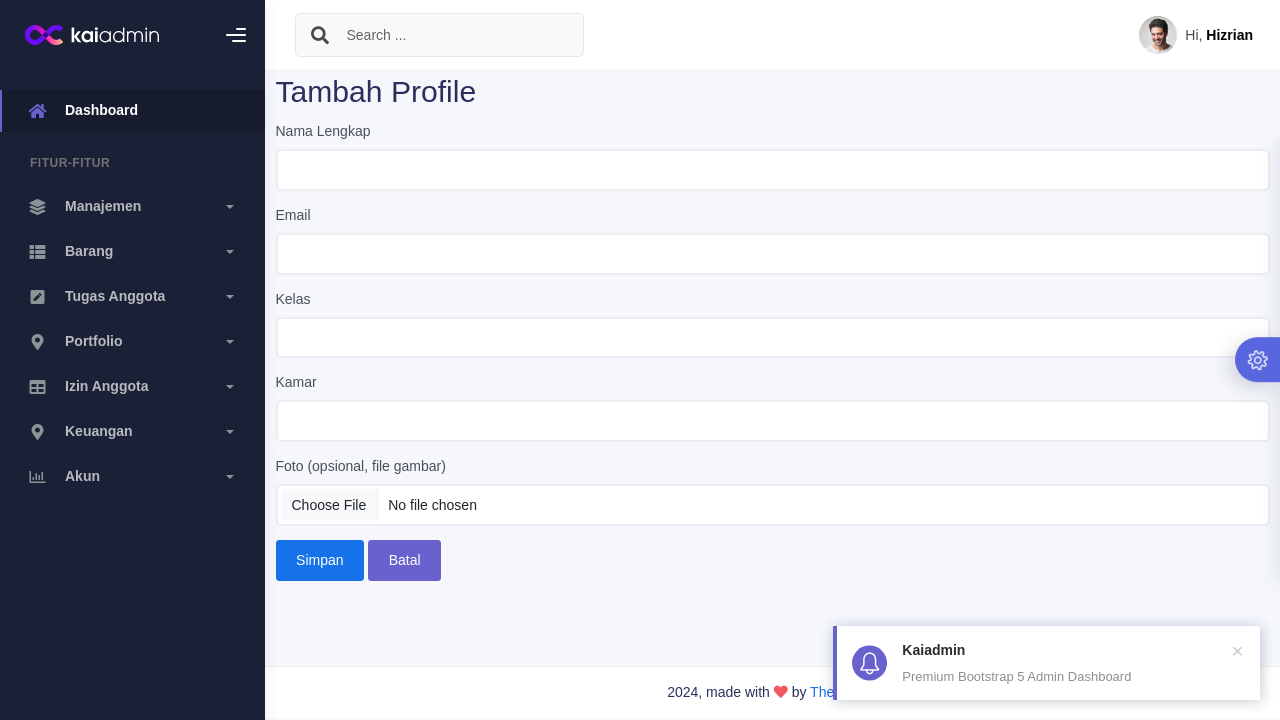
Repository: fatkquladhim/multimedia_laravel
Page: http://localhost/profile/create
The author's editor kept a copy of each file at every save. The page is drawn from the files as they stood at one save, then again after a run of saves.
The browser window is 1280 px wide. The pictures show the whole page.
Some web fonts or font styles are not loaded; a fallback is used. The page is served by the project's Laravel application, run on PHP 8.4 with Laravel 12. A made-up administrator, Test User (test@example.com), is signed in. Other server files are loaded and not shown.

Above is the page before, as saved 2025-08-17 09:39:31.
Console error: ReferenceError: jsVectorMap is not defined

### routes/web.php
<?php

use Illuminate\Support\Facades\Route;
use Illuminate\Support\Facades\Auth;

Route::get('/', function () {
    return view('welcome');
});

// Authentication Routes
Route::get('login', [App\Http\Controllers\AuthController::class, 'showLoginForm'])->name('login');
Route::post('login', [App\Http\Controllers\AuthController::class, 'login']);
Route::get('register', [App\Http\Controllers\AuthController::class, 'showRegisterForm'])->name('register');
Route::post('register', [App\Http\Controllers\AuthController::class, 'register']);
Route::post('logout', [App\Http\Controllers\AuthController::class, 'logout'])->name('logout');

Route::middleware(['auth'])->group(function () {
    Route::get('/dashboard', function () {
        $user = Auth::user();
        if ($user && $user->role === 'admin') {
            return redirect()->route('dashboard.admin');
        } else {
            return redirect()->route('dashboard.user');
        }
    })->name('dashboard');

    Route::get('/dashboard/admin', function () {
        return view('dashboard.admin');
    })->name('dashboard.admin');

    Route::get('/dashboard/user', function () {
        return view('dashboard.user');
    })->name('dashboard.user');

    Route::resource('alat', App\Http\Controllers\AlatController::class);
    Route::resource('anggota', App\Http\Controllers\AnggotaController::class);
    Route::resource('izin-malam', App\Http\Controllers\IzinMalamController::class);
    Route::resource('izin-nugas', App\Http\Controllers\IzinNugasController::class);
    Route::resource('keuangan', App\Http\Controllers\KeuanganController::class);
    Route::resource('legalisasi-laptop', App\Http\Controllers\LegalisasiLaptopController::class);
    Route::resource('peminjaman-barang', App\Http\Controllers\PeminjamanBarangController::class);
    Route::resource('penyewaan-barang', App\Http\Controllers\PenyewaanBarangController::class);
    Route::resource('profile', App\Http\Controllers\ProfileController::class);
    Route::resource('portfolio', App\Http\Controllers\PortfolioController::class);
    Route::resource('tugas', App\Http\Controllers\TugasController::class);
    Route::resource('tugas-jawaban', App\Http\Controllers\TugasJawabanController::class);
    Route::resource('users', App\Http\Controllers\UserController::class)->middleware('admin');
});

### app/Models/User.php
<?php

namespace App\Models;

// use Illuminate\Contracts\Auth\MustVerifyEmail;
use Illuminate\Database\Eloquent\Factories\HasFactory;
use Illuminate\Foundation\Auth\User as Authenticatable;
use Illuminate\Notifications\Notifiable;

class User extends Authenticatable
{
    /** @use HasFactory<\Database\Factories\UserFactory> */
    use HasFactory, Notifiable;

    /**
     * The attributes that are mass assignable.
     *
     * @var list<string>
     */
        protected $fillable = [
            'username', 'password', 'role', 'last_activity'
        ];

    /**
     * The attributes that should be hidden for serialization.
     *
     * @var list<string>
     */
        protected $hidden = [
            'password', 'remember_token',
        ];

    /**
     * Get the attributes that should be cast.
     *
     * @return array<string, string>
     */
    protected function casts(): array
    {
        return [
            'email_verified_at' => 'datetime',
            'password' => 'hashed',
        ];
    }
}

### app/Http/Controllers/ProfileController.php
<?php
namespace App\Http\Controllers;

use Illuminate\Http\Request;
use App\Models\Profile;

class ProfileController extends Controller
{
    public function index()
    {
        $profiles = Profile::all();
        return view('profile.index', compact('profiles'));
    }

    public function create()
    {
        return view('profile.create');
    }

    public function store(Request $request)
    {
        $request->validate([
            'id_anggota' => 'required',
        ]);
        Profile::create($request->all());
        return redirect()->route('profile.index')->with('success', 'Data profile berhasil ditambahkan.');
    }

    public function edit($id)
    {
        $profile = Profile::findOrFail($id);
        return view('profile.edit', compact('profile'));
    }

    public function update(Request $request, $id)
    {
        $profile = Profile::findOrFail($id);
        $profile->update($request->all());
        return redirect()->route('profile.index')->with('success', 'Data profile berhasil diupdate.');
    }

    public function destroy($id)
    {
        $profile = Profile::findOrFail($id);
        $profile->delete();
        return redirect()->route('profile.index')->with('success', 'Data profile berhasil dihapus.');
    }
}

### resources/views/profile/create.blade.php
@extends('layouts.master')
@section('content')
<div class="container">
    <h1>Tambah Profile</h1>
    <form action="{{ route('profile.store') }}" method="POST">
        @csrf
        <div class="mb-3">
            <label for="nama_lengkap" class="form-label">Nama Lengkap</label>
            <input type="text" name="nama_lengkap" class="form-control" required>
        </div>
        <div class="mb-3">
            <label for="email" class="form-label">Email</label>
            <input type="email" name="email" class="form-control" required>
        </div>
        <div class="mb-3">
            <label for="kelas" class="form-label">Kelas</label>
            <input type="text" name="kelas" class="form-control" required>
        </div>
        <div class="mb-3">
            <label for="kamar" class="form-label">Kamar</label>
            <input type="text" name="kamar" class="form-control" required>
        </div>
        <div class="mb-3">
            <label for="foto" class="form-label">Foto (opsional, file gambar)</label>
            <input type="file" name="foto" class="form-control" accept="image/*">
        </div>
        <button type="submit" class="btn btn-primary">Simpan</button>
        <a href="{{ route('profile.index') }}" class="btn btn-secondary">Batal</a>
    </form>
</div>
@endsection

### resources/views/layouts/master.blade.php
<!DOCTYPE html>
<html lang="en">
  <head>
    <meta http-equiv="X-UA-Compatible" content="IE=edge" />
    <title>Kaiadmin - Bootstrap 5 Admin Dashboard</title>
    <meta
      content="width=device-width, initial-scale=1.0, shrink-to-fit=no"
      name="viewport"
    />
    <!-- <link
      rel="icon"
      href="assets/img/kaiadmin/favicon.ico"
      type="image/x-icon"
    /> -->

    <!-- Fonts and icons -->
    <script src="{{ asset('js/plugin/webfont/webfont.min.js') }}"></script>
    <script>
      WebFont.load({
        google: { families: ["Public Sans:300,400,500,600,700"] },
        custom: {
          families: [
            "Font Awesome 5 Solid",
            "Font Awesome 5 Regular",
            "Font Awesome 5 Brands",
            "simple-line-icons",
          ],
          urls: ["{{ asset('css/fonts.min.css') }}"],
        },
        active: function () {
          sessionStorage.fonts = true;
        },
      });
    </script>

    <!-- CSS Files -->
    <link rel="stylesheet" href="{{ asset('css/bootstrap.min.css') }}" />
    <link rel="stylesheet" href="{{ asset('css/plugins.min.css') }}" />
    <link rel="stylesheet" href="{{ asset('css/kaiadmin.min.css') }}" />

    <!-- CSS Just for demo purpose, don't include it in your project -->
    <link rel="stylesheet" href="{{ asset('css/demo.css') }}" />
  </head>
  <body>
    <div class="wrapper">
      <!-- Sidebar -->
      @include('partials.sidebar')
      <!-- End Sidebar -->

      <div class="main-panel">
        <div class="main-header">
          <div class="main-header-logo">
            <!-- Logo Header -->
            <div class="logo-header" data-background-color="dark">
              <a href="index.html" class="logo">
                  <img
                    src="{{ asset('img/kaiadmin/logo_light.svg') }}"
                    alt="navbar brand"
                    class="navbar-brand"
                    height="20"
                  />
              </a>
              <div class="nav-toggle">
                <button class="btn btn-toggle toggle-sidebar">
                  <i class="gg-menu-right"></i>
                </button>
                <button class="btn btn-toggle sidenav-toggler">
                  <i class="gg-menu-left"></i>
                </button>
              </div>
              <button class="topbar-toggler more">
                <i class="gg-more-vertical-alt"></i>
              </button>
            </div>
            <!-- End Logo Header -->
          </div>
          <!-- Navbar Header -->
          @include('partials.header')
          <!-- End Navbar -->
        </div>

        <div class="container">
          @yield('content')
        </div>
        {{-- footer --}}
        @include('partials.footer')
      </div>

      <!-- Custom template | don't include it in your project! -->
      <div class="custom-template">
        @include('partials.custom')
      </div>
      <!-- End Custom template -->
    </div>
    <!--   Core JS Files   -->
    <script src="{{ asset('js/core/jquery-3.7.1.min.js') }}"></script>
    <script src="{{ asset('js/core/popper.min.js') }}"></script>
    <script src="{{ asset('js/core/bootstrap.min.js') }}"></script>

    <!-- jQuery Scrollbar -->
    <script src="{{ asset('js/plugin/jquery-scrollbar/jquery.scrollbar.min.js') }}"></script>

    <!-- Chart JS -->
    <script src="{{ asset('js/plugin/chart.js/chart.min.js') }}"></script>

    <!-- jQuery Sparkline -->
    <script src="{{ asset('js/plugin/jquery.sparkline/jquery.sparkline.min.js') }}"></script>

    <!-- Chart Circle -->
    <script src="{{ asset('js/plugin/chart-circle/circles.min.js') }}"></script>

    <!-- Datatables -->
    <script src="{{ asset('js/plugin/datatables/datatables.min.js') }}"></script>

    <!-- Bootstrap Notify -->
    <script src="{{ asset('js/plugin/bootstrap-notify/bootstrap-notify.min.js') }}"></script>

    <!-- Sweet Alert -->
    <script src="{{ asset('js/plugin/sweetalert/sweetalert.min.js') }}"></script>

    <!-- Kaiadmin JS -->
    <script src="{{ asset('js/kaiadmin.min.js') }}"></script>

    <!-- Kaiadmin DEMO methods, don't include it in your project! -->
    <script src="{{ asset('js/setting-demo.js') }}"></script>
    <script src="{{ asset('js/demo.js') }}"></script>
    <script>
      $("#lineChart").sparkline([102, 109, 120, 99, 110, 105, 115], {
        type: "line",
        height: "70",
        width: "100%",
        lineWidth: "2",
        lineColor: "#177dff",
        fillColor: "rgba(23, 125, 255, 0.14)",
      });

      $("#lineChart2").sparkline([99, 125, 122, 105, 110, 124, 115], {
        type: "line",
        height: "70",
        width: "100%",
        lineWidth: "2",
        lineColor: "#f3545d",
        fillColor: "rgba(243, 84, 93, .14)",
      });

      $("#lineChart3").sparkline([105, 103, 123, 100, 95, 105, 115], {
        type: "line",
        height: "70",
        width: "100%",
        lineWidth: "2",
        lineColor: "#ffa534",
        fillColor: "rgba(255, 165, 52, .14)",
      });
    </script>
  </body>
</html>

### resources/views/partials/footer.blade.php
<footer class="footer">
    <div class="container-fluid d-flex justify-content-center">
    <div class="copyright">
        2024, made with <i class="fa fa-heart heart text-danger"></i> by
        <a href="http://www.themekita.com">ThemeKita</a>
    </div>
    </div>
</footer>

### resources/views/partials/custom.blade.php
<div class="title">Settings</div>
        <div class="custom-content">
          <div class="switcher">
            <div class="switch-block">
              <h4>Logo Header</h4>
              <div class="btnSwitch">
                <button
                  type="button"
                  class="selected changeLogoHeaderColor"
                  data-color="dark"
                ></button>
                <button
                  type="button"
                  class="changeLogoHeaderColor"
                  data-color="blue"
                ></button>
                <button
                  type="button"
                  class="changeLogoHeaderColor"
                  data-color="purple"
                ></button>
                <button
                  type="button"
                  class="changeLogoHeaderColor"
                  data-color="light-blue"
                ></button>
                <button
                  type="button"
                  class="changeLogoHeaderColor"
                  data-color="green"
                ></button>
                <button
                  type="button"
                  class="changeLogoHeaderColor"
                  data-color="orange"
                ></button>
                <button
                  type="button"
                  class="changeLogoHeaderColor"
                  data-color="red"
                ></button>
                <button
                  type="button"
                  class="changeLogoHeaderColor"
                  data-color="white"
                ></button>
                <br />
                <button
                  type="button"
                  class="changeLogoHeaderColor"
                  data-color="dark2"
                ></button>
                <button
                  type="button"
                  class="changeLogoHeaderColor"
                  data-color="blue2"
                ></button>
                <button
                  type="button"
                  class="changeLogoHeaderColor"
                  data-color="purple2"
                ></button>
                <button
                  type="button"
                  class="changeLogoHeaderColor"
                  data-color="light-blue2"
                ></button>
                <button
                  type="button"
                  class="changeLogoHeaderColor"
                  data-color="green2"
                ></button>
                <button
                  type="button"
                  class="changeLogoHeaderColor"
                  data-color="orange2"
                ></button>
                <button
                  type="button"
                  class="changeLogoHeaderColor"
                  data-color="red2"
                ></button>
              </div>
            </div>
            <div class="switch-block">
              <h4>Navbar Header</h4>
              <div class="btnSwitch">
                <button
                  type="button"
                  class="changeTopBarColor"
                  data-color="dark"
                ></button>
                <button
                  type="button"
                  class="changeTopBarColor"
                  data-color="blue"
                ></button>
                <button
                  type="button"
                  class="changeTopBarColor"
                  data-color="purple"
                ></button>
                <button
                  type="button"
                  class="changeTopBarColor"
                  data-color="light-blue"
                ></button>
                <button
                  type="button"
                  class="changeTopBarColor"
                  data-color="green"
                ></button>
                <button
                  type="button"
                  class="changeTopBarColor"
                  data-color="orange"
                ></button>
                <button
                  type="button"
                  class="changeTopBarColor"
                  data-color="red"
                ></button>
                <button
                  type="button"
                  class="selected changeTopBarColor"
                  data-color="white"
                ></button>
                <br />
                <button
                  type="button"
                  class="changeTopBarColor"
                  data-color="dark2"
                ></button>
                <button
                  type="button"
                  class="changeTopBarColor"
                  data-color="blue2"
                ></button>
                <button
                  type="button"
                  class="changeTopBarColor"
                  data-color="purple2"
                ></button>
                <button
                  type="button"
                  class="changeTopBarColor"
                  data-color="light-blue2"
                ></button>
                <button
                  type="button"
                  class="changeTopBarColor"
                  data-color="green2"
                ></button>
                <button
                  type="button"
                  class="changeTopBarColor"
                  data-color="orange2"
                ></button>
                <button
                  type="button"
                  class="changeTopBarColor"
                  data-color="red2"
                ></button>
              </div>
            </div>
            <div class="switch-block">
              <h4>Sidebar</h4>
              <div class="btnSwitch">
                <button
                  type="button"
                  class="changeSideBarColor"
                  data-color="white"
                ></button>
                <button
                  type="button"
                  class="selected changeSideBarColor"
                  data-color="dark"
                ></button>
                <button
                  type="button"
                  class="changeSideBarColor"
                  data-color="dark2"
                ></button>
              </div>
            </div>
          </div>
        </div>
        <div class="custom-toggle">
          <i class="icon-settings"></i>
        </div>

Loaded but not shown: app/Http/Controllers/Controller.php (common file); public/js/plugin/webfont/webfont.min.js (library); public/css/bootstrap.min.css (library); public/css/plugins.min.css (library); public/css/kaiadmin.min.css (library); public/css/fonts.min.css (library); public/js/core/jquery-3.7.1.min.js (library); public/js/core/popper.min.js (library); public/js/core/bootstrap.min.js (library); public/js/plugin/jquery-scrollbar/jquery.scrollbar.min.js (library); public/js/plugin/chart.js/chart.min.js (library); public/js/plugin/jquery.sparkline/jquery.sparkline.min.js (library); public/js/plugin/chart-circle/circles.min.js (library); public/js/plugin/datatables/datatables.min.js (library); public/js/plugin/bootstrap-notify/bootstrap-notify.min.js (library); public/js/plugin/sweetalert/sweetalert.min.js (library); public/js/kaiadmin.min.js (library); public/img/kaiadmin/logo_light.svg (54 lines, source omitted); public/js/demo.js (429 lines, source omitted); public/js/setting-demo.js (105 lines, source omitted); public/css/demo.css (312 lines, source omitted); resources/views/partials/sidebar.blade.php (204 lines, source omitted); resources/views/partials/header.blade.php (194 lines, source omitted)

After the next 2 saves:
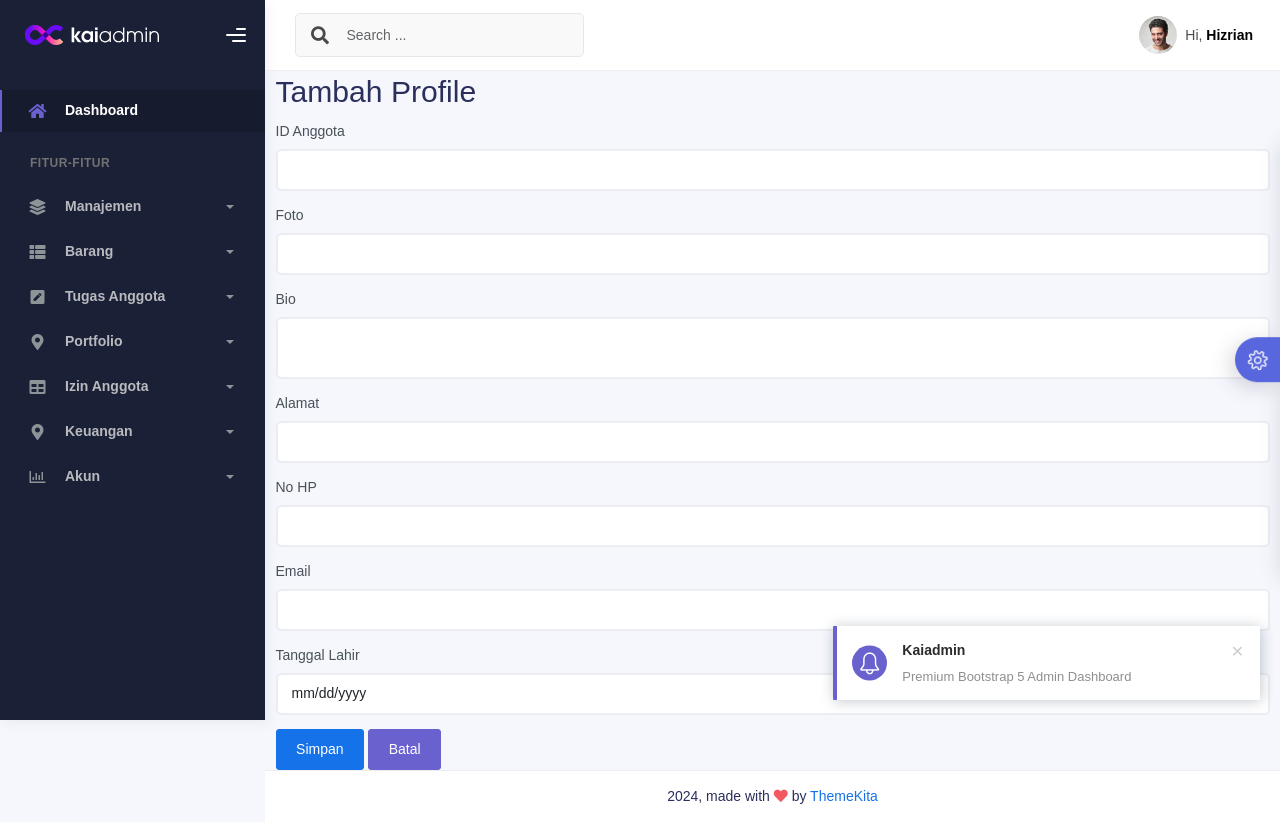
The 2 saves are shown as one change because they came seconds apart.
The last was saved 48 s later.
--- a/resources/views/profile/create.blade.php
+++ b/resources/views/profile/create.blade.php
@@ -5,24 +5,32 @@
     <form action="{{ route('profile.store') }}" method="POST">
         @csrf
         <div class="mb-3">
-            <label for="nama_lengkap" class="form-label">Nama Lengkap</label>
-            <input type="text" name="nama_lengkap" class="form-control" required>
+            <label for="id_anggota" class="form-label">ID Anggota</label>
+            <input type="text" name="id_anggota" class="form-control" required>
+        </div>
+        <div class="mb-3">
+            <label for="foto" class="form-label">Foto</label>
+            <input type="text" name="foto" class="form-control">
+        </div>
+        <div class="mb-3">
+            <label for="bio" class="form-label">Bio</label>
+            <textarea name="bio" class="form-control"></textarea>
+        </div>
+        <div class="mb-3">
+            <label for="alamat" class="form-label">Alamat</label>
+            <input type="text" name="alamat" class="form-control">
+        </div>
+        <div class="mb-3">
+            <label for="no_hp" class="form-label">No HP</label>
+            <input type="text" name="no_hp" class="form-control">
         </div>
         <div class="mb-3">
             <label for="email" class="form-label">Email</label>
-            <input type="email" name="email" class="form-control" required>
+            <input type="email" name="email" class="form-control">
         </div>
         <div class="mb-3">
-            <label for="kelas" class="form-label">Kelas</label>
-            <input type="text" name="kelas" class="form-control" required>
-        </div>
-        <div class="mb-3">
-            <label for="kamar" class="form-label">Kamar</label>
-            <input type="text" name="kamar" class="form-control" required>
-        </div>
-        <div class="mb-3">
-            <label for="foto" class="form-label">Foto (opsional, file gambar)</label>
-            <input type="file" name="foto" class="form-control" accept="image/*">
+            <label for="tanggal_lahir" class="form-label">Tanggal Lahir</label>
+            <input type="date" name="tanggal_lahir" class="form-control">
         </div>
         <button type="submit" class="btn btn-primary">Simpan</button>
         <a href="{{ route('profile.index') }}" class="btn btn-secondary">Batal</a>
